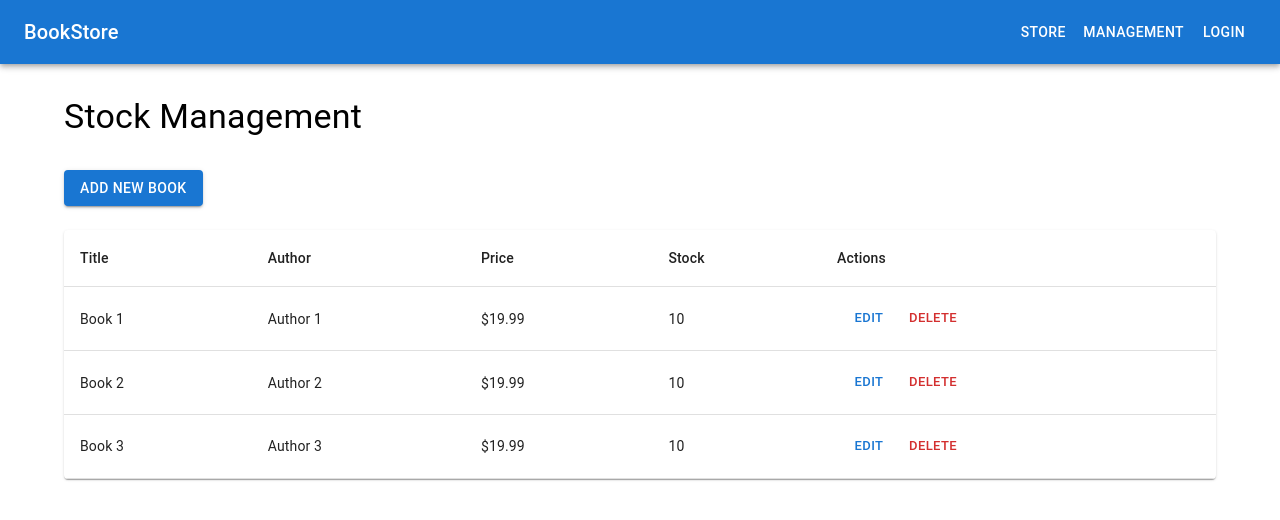
Repository: hajarsalhi/book-store
Page: /management
The author's editor kept a copy of each file at every save. The page is drawn from the files as they stood at one save, then again after the next save.
The browser window is 1280 px wide. The pictures show the whole page.
The project was rebuilt for these pictures with package versions that can differ from the ones it lists, and the page was loaded fresh each time. Also part of the build but not shown: src/components/Auth/Login.js, src/components/Store/StorePage.js.

Above is the page before, as saved 2024-12-13 11:41:44.

After the next save:
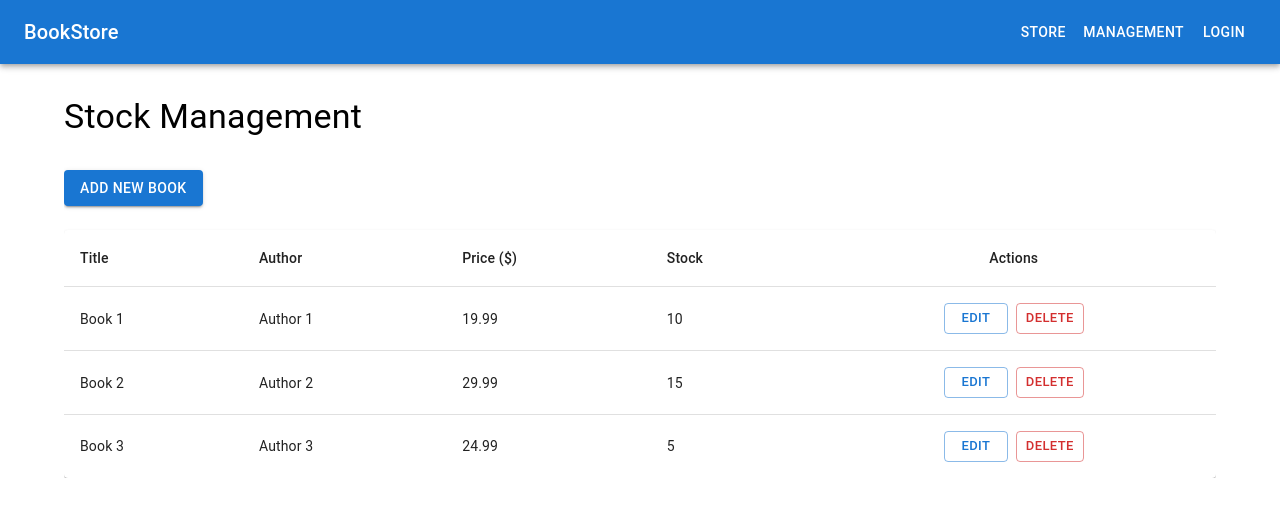
Saved 11 min 15 s later.
--- a/src/components/Store/StockManagement.js
+++ b/src/components/Store/StockManagement.js
@@ -1,50 +1,95 @@
+import React, { useState } from 'react';
 import {
-    Typography,
-    Table,
-    TableBody,
-    TableCell,
-    TableContainer,
-    TableHead,
-    TableRow,
-    Paper,
-    Button
-  } from '@mui/material';
+  Typography,
+  Table,
+  TableBody,
+  TableCell,
+  TableContainer,
+  TableHead,
+  TableRow,
+  Paper,
+  Button,
+  Box
+} from '@mui/material';
 
-  function StockManagement() {
-    return (
-      <div>
-        <Typography variant="h4" sx={{ mb: 4 }}>Stock Management</Typography>
-        <Button variant="contained" sx={{ mb: 3 }}>Add New Book</Button>
+// Sample data - replace with your actual data source
+const initialBooks = [
+  { id: 1, title: "Book 1", author: "Author 1", price: 19.99, stock: 10 },
+  { id: 2, title: "Book 2", author: "Author 2", price: 29.99, stock: 15 },
+  { id: 3, title: "Book 3", author: "Author 3", price: 24.99, stock: 5 },
+];
 
-        <TableContainer component={Paper}>
-          <Table>
-            <TableHead>
-              <TableRow>
-                <TableCell>Title</TableCell>
-                <TableCell>Author</TableCell>
-                <TableCell>Price</TableCell>
-                <TableCell>Stock</TableCell>
-                <TableCell>Actions</TableCell>
+function StockManagement() {
+  const [books, setBooks] = useState(initialBooks);
+
+  const handleDelete = (id) => {
+    setBooks(books.filter(book => book.id !== id));
+  };
+
+  const handleEdit = (id) => {
+    // Add edit functionality here
+    console.log("Edit book with id:", id);
+  };
+
+  return (
+    <Box sx={{ width: '100%', overflowX: 'auto' }}>
+      <Typography variant="h4" sx={{ mb: 4 }}>Stock Management</Typography>
+      <Button
+        variant="contained"
+        sx={{ mb: 3 }}
+        color="primary"
+      >
+        Add New Book
+      </Button>
+
+      <TableContainer component={Paper}>
+        <Table sx={{ minWidth: 650 }} aria-label="stock management table">
+          <TableHead>
+            <TableRow>
+              <TableCell>Title</TableCell>
+              <TableCell>Author</TableCell>
+              <TableCell>Price ($)</TableCell>
+              <TableCell>Stock</TableCell>
+              <TableCell align="center">Actions</TableCell>
+            </TableRow>
+          </TableHead>
+          <TableBody>
+            {books.map((book) => (
+              <TableRow
+                key={book.id}
+                sx={{ '&:last-child td, &:last-child th': { border: 0 } }}
+              >
+                <TableCell component="th" scope="row">
+                  {book.title}
+                </TableCell>
+                <TableCell>{book.author}</TableCell>
+                <TableCell>{book.price.toFixed(2)}</TableCell>
+                <TableCell>{book.stock}</TableCell>
+                <TableCell align="center">
+                  <Button
+                    size="small"
+                    sx={{ mr: 1 }}
+                    variant="outlined"
+                    onClick={() => handleEdit(book.id)}
+                  >
+                    Edit
+                  </Button>
+                  <Button
+                    size="small"
+                    color="error"
+                    variant="outlined"
+                    onClick={() => handleDelete(book.id)}
+                  >
+                    Delete
+                  </Button>
+                </TableCell>
               </TableRow>
-            </TableHead>
-            <TableBody>
-              {[1, 2, 3].map((book) => (
-                <TableRow key={book}>
-                  <TableCell>Book {book}</TableCell>
-                  <TableCell>Author {book}</TableCell>
-                  <TableCell>$19.99</TableCell>
-                  <TableCell>10</TableCell>
-                  <TableCell>
-                    <Button size="small">Edit</Button>
-                    <Button size="small" color="error">Delete</Button>
-                  </TableCell>
-                </TableRow>
-              ))}
-            </TableBody>
-          </Table>
-        </TableContainer>
-      </div>
-    );
-  }
+            ))}
+          </TableBody>
+        </Table>
+      </TableContainer>
+    </Box>
+  );
+}
 
-  export default StockManagement;
+export default StockManagement;
